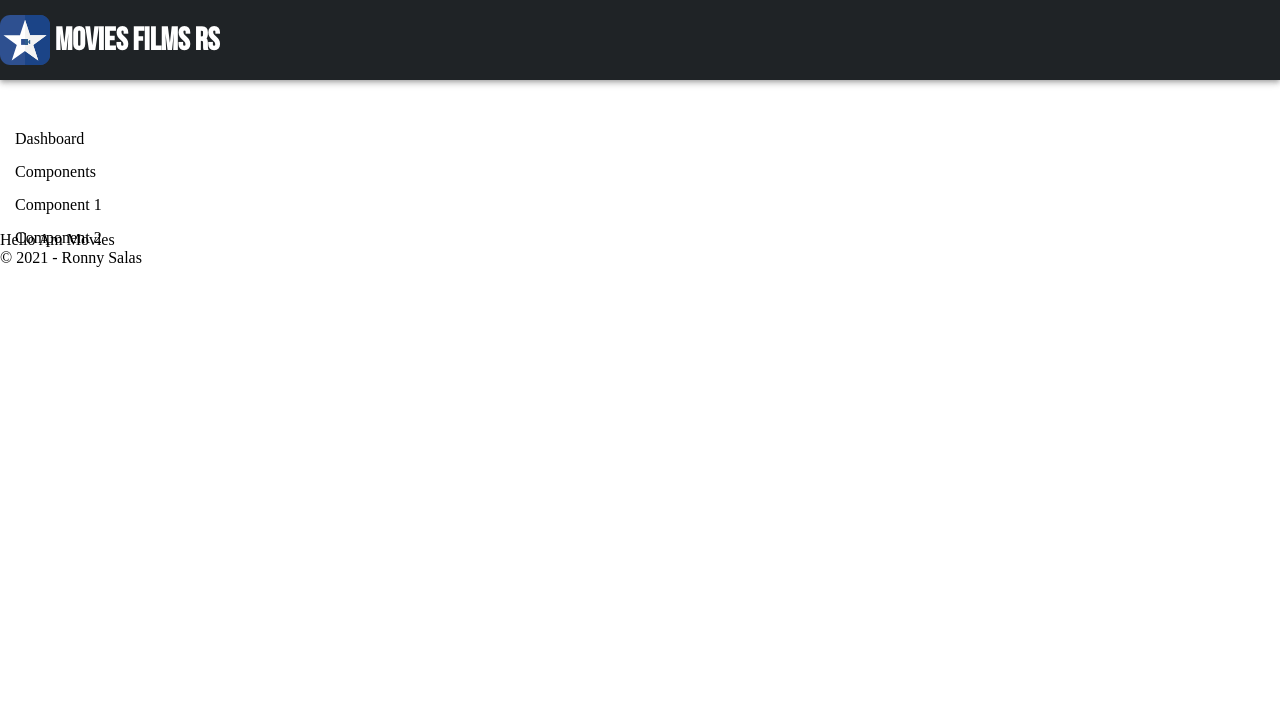
Repository: ronnysalas459/assigment-2
Page: /
The author's editor kept a copy of each file at every save. The page is drawn from the files as they stood at one save, then again after the next save.
The browser window is 1280 px wide. The pictures show the whole page.
The page's requests for data from a server got no answer. The project was rebuilt for these pictures with package versions that can differ from the ones it lists, and the page was loaded fresh each time. No one was signed in, and anything a server would have sent is missing. Also part of the build but not shown: src/contexts/DetailsContext.js, src/components/Details/index.js, src/components/NotFound/index.js.

Above is the page before, as saved 2021-08-29 20:17:13.

### src/index.js
import React from 'react';
import ReactDOM from 'react-dom';
import App from './App';

ReactDOM.render(<App />,document.querySelector('#root')
);

### src/App.js
import React from "react";
import { BrowserRouter, Switch, Route } from "react-router-dom";
import MoviesContextProvider from "./contexts/MoviesContext";
import DetailsContextProvider from "./contexts/DetailsContext";
import Movies from "./components/Movies";
import Details from "./components/Details";
import Header from "./components/Common/Header";
import Footer from "./components/Common/Footer";
import SideBar from "./components/Common/SideBar";
import NotFound from "./components/NotFound";
import "./assets/css/styles.css";

const App = () => (
  <BrowserRouter>
    <div className="container">
    <Header />
    <SideBar/>
    </div>
    <Switch>
      <Route exact path="/">
        <MoviesContextProvider>
          <Movies />
        </MoviesContextProvider>
      </Route>
      <Route path="/movie/movie_id">
        <DetailsContextProvider>
          <Details />
        </DetailsContextProvider>
      </Route>
      <Route component={NotFound} />
    </Switch>
    <Footer />
  </BrowserRouter>
);

export default App;

### src/contexts/MoviesContext.js
import React, { createContext, useState, useEffect } from "react";
import { popularGet, movieSearch } from "./../constants";

export const MoviesContext = createContext();

const MoviesContextProvider = ({ children }) => {
  const [doneFetch, setDoneFetch] = useState();
  const [currentQuery, setCurrentQuery] = useState("");
  const [text, setText] = useState("Top Movies");
  const [movies, setMovies] = useState([]);

  useEffect(() => {
    getPopularMovies();
  }, []);

  const getPopularMovies = () => {
    fetch(popularGet())
      .then((res) => res.json())
      .then((data) => {
        setDoneFetch(true);
        setMovies(data.results);
      })
      .catch((err) => console.log(err));
  };

  const getMovies = (query) => {
    fetch(movieSearch(query))
      .then((res) => res.json())
      .then((data) => {
        const { results } = data;
        setDoneFetch(true);
        setText(results.length ? "Results" : "No Results");
        setMovies(results);
      })
      .catch((err) => console.log(err));
  };

  const validateQuery = (
    e,
    query = document.querySelector("#query").value.toLowerCase().trim()
  ) => {
    if (e.type === "keypress" && e.key !== "Enter") return;
    const words = query.match(/\w+/g);
    query = words && words.join(" ");
    if (query && query !== currentQuery) {
      setCurrentQuery(query);
      setDoneFetch(false);
      getMovies(query);
    }
  };
  return (
    <MoviesContext.Provider value={{ doneFetch, text, movies, validateQuery }}>
      {children}
    </MoviesContext.Provider>
  );
};

export default MoviesContextProvider;

### src/components/Movies/index.js
import React from 'react'

const Movies = () => (
    <p> Hello Am Movies</p>
);

export default Movies;

### src/components/Common/Header.js
import React from "react";
import { AppBar, Toolbar } from "@material-ui/core";
import { ReactComponent as Logo } from "./../../assets/img/movie.svg";
import "./../../assets/css/styles.css";
const Header = () => (
  <AppBar position="sticky">
      <div className="header-container">
            <Logo className="logo-container" />
            &nbsp;&nbsp;
        <h1>Movies Films RS</h1>
      </div>
  </AppBar>
);

export default Header;

### src/components/Common/Footer.js
import React from 'react'

const Footer = () => (
    <footer>
        <p> &copy; { new Date().getFullYear()} - Ronny Salas</p>
    </footer>
);


export default Footer;

### src/components/Common/SideBar.js
import React from "react";
import { ProSidebar, Menu, MenuItem, SubMenu } from "react-pro-sidebar";
import "./../../assets/css/styles.css";

const SideBar = () => (
  <section className="content">
    <aside className="aside">
      <ProSidebar>
        <Menu iconShape="square">
          <MenuItem>Dashboard</MenuItem>
          <SubMenu title="Components">
            <MenuItem>Component 1</MenuItem>
            <MenuItem>Component 2</MenuItem>
          </SubMenu>
        </Menu>
      </ProSidebar>
    </aside>
  </section>
);
export default SideBar;

### src/assets/css/styles.css
/*FUENTES*/

@font-face {
  font-family: "TrebuchetMS";
  src: url("../fonts/TrebuchetMS.ttf");
  font-weight: normal;
  font-style: normal;
}
@font-face {
  font-family: "BebasNeue";
  src: url("../fonts/BebasNeue.otf");
  font-weight: normal;
  font-style: normal;
}

@font-face {
  font-family: "WebSymbolsRegular";
  src: url("../fonts/websymbols-regular-webfont.eot");
  src: url("../fonts/websymbols-regular-webfont.eot?#iefix")
      format("embedded-opentype"),
    url("../fonts/websymbols-regular-webfont.woff") format("woff"),
    url("../fonts/websymbols-regular-webfont.ttf") format("truetype"),
    url("../fonts/websymbols-regular-webfont.svg#WebSymbolsRegular")
      format("svg");
  font-weight: normal;
  font-style: normal;
}

* {
  margin: 0px;
  padding: 0px;
}

html {
  overflow-x: hidden;
}

.container{
  width:100%;
  height:auto;
}
.header-container {
  width: 100%;
  height: 80px;
  background-color: #1f2326 !important;
  font-family: BebasNeue;
  color: white;
  display: flex;
  flex-direction: row;
  flex-wrap: wrap;
  align-items: center;
}

.logo-container {
  display: block;
  height: 100%;
  width: 50px;
}
.logo-container h1 {
  color: aqua;
}
.content{
  display:flex;
  justify-content:space-between;
  padding-top: 20px;
  padding-bottom: 20px;
}
.aside{
  flex-basis: 15%;
  margin-right: 30px;
  padding: 15px;

  display:flex;
  flex-direction: column;
  flex-wrap: wrap;
}
.sidebar {
  display: flex;
  color: aqua;
  width: 10%;
  height: auto;
  background-color: #1f2326;
}
ul {
  list-style-type: none;
  padding: 0;
}

li {
  margin-top: 15px;
}

a {
  text-decoration: none;
}

.root {
  margin: 3vw;
}

.message,
.defaultPaper {
  text-align: center;
  color: rgba(0, 0, 0, 0.54) !important;
}

.paper {
  margin-top: 25px;
  margin-bottom: 25px;
  margin-left: auto;
  margin-right: auto;
  max-width: 600px;
}

.defaultPaper {
  padding: 15px;
}

.title {
  font-size: 25px;
}

.buttonPrimary,
.progressBar {
  display: flex;
  justify-content: center;
  align-items: center;
}

.buttonPrimary,
.message,
.progressBar {
  margin: 10px;
}

.MuiTextField-root {
  width: 100%;
}

@media (max-width: 323px) {
  h1 {
    display: none;
  }
}

### src/constants/index.js
//HABILITAR PROXY INVERSO PARA CORS INTERCEPTOR
//const cors_anywhere = "https://cors-anywhere.herokuapp.com/";
const base_url = "https://api.themoviedb.org/3/";
const popular_movies_get = "movie/popular?";
const movie_search = "search/movie?";
const movies_get = "movie/{movie_id}";
const api_key = "api_key = 2c4e30626dc1fcee2a373a9a71cf70f1";


export const popularGet = popular_movies_get => `${base_url}${popular_movies_get}${api_key}`;
export const moviesGet = movies_get => `${base_url}${movies_get}${api_key}`;
export const movieSearch = query => `${base_url}${movie_search}${api_key}query=${query}`;

Loaded but not shown: public/index.html (common file)

After the next save:
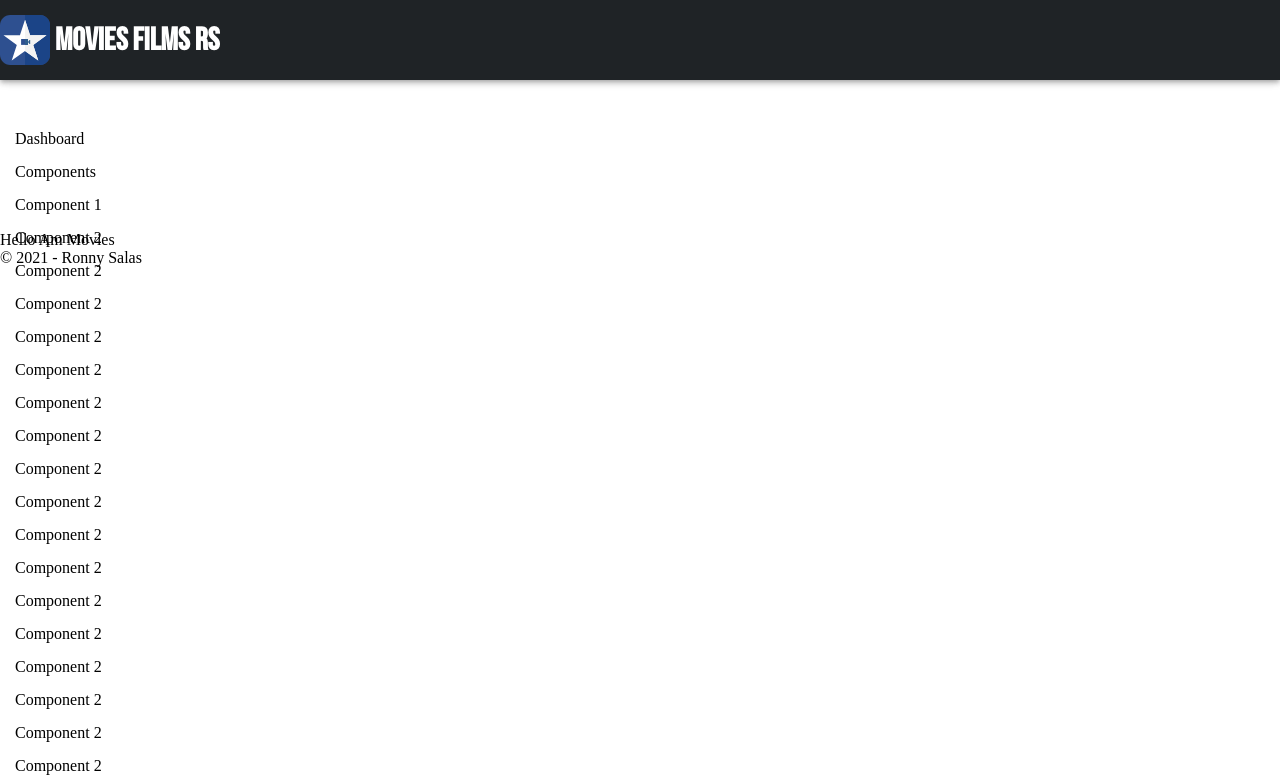
Saved 9 s later.
--- a/src/components/Common/SideBar.js
+++ b/src/components/Common/SideBar.js
@@ -11,6 +11,22 @@
           <SubMenu title="Components">
             <MenuItem>Component 1</MenuItem>
             <MenuItem>Component 2</MenuItem>
+            <MenuItem>Component 2</MenuItem>
+            <MenuItem>Component 2</MenuItem>
+            <MenuItem>Component 2</MenuItem>
+            <MenuItem>Component 2</MenuItem>
+            <MenuItem>Component 2</MenuItem>
+            <MenuItem>Component 2</MenuItem>
+            <MenuItem>Component 2</MenuItem>
+            <MenuItem>Component 2</MenuItem>
+            <MenuItem>Component 2</MenuItem>
+            <MenuItem>Component 2</MenuItem>
+            <MenuItem>Component 2</MenuItem>
+            <MenuItem>Component 2</MenuItem>
+            <MenuItem>Component 2</MenuItem>
+            <MenuItem>Component 2</MenuItem>
+            <MenuItem>Component 2</MenuItem>
+            <MenuItem>Component 2</MenuItem>
           </SubMenu>
         </Menu>
       </ProSidebar>

After the save that followed:
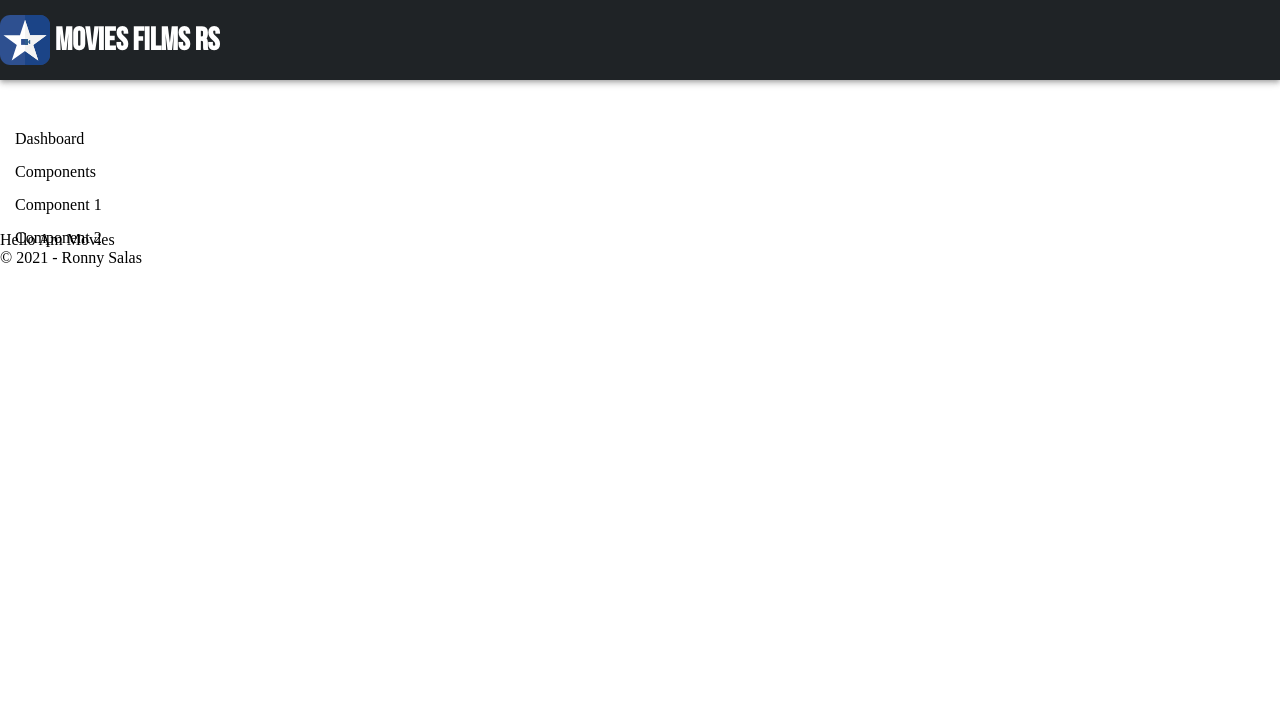
Saved 13 s later.
--- a/src/components/Common/SideBar.js
+++ b/src/components/Common/SideBar.js
@@ -11,22 +11,6 @@
           <SubMenu title="Components">
             <MenuItem>Component 1</MenuItem>
             <MenuItem>Component 2</MenuItem>
-            <MenuItem>Component 2</MenuItem>
-            <MenuItem>Component 2</MenuItem>
-            <MenuItem>Component 2</MenuItem>
-            <MenuItem>Component 2</MenuItem>
-            <MenuItem>Component 2</MenuItem>
-            <MenuItem>Component 2</MenuItem>
-            <MenuItem>Component 2</MenuItem>
-            <MenuItem>Component 2</MenuItem>
-            <MenuItem>Component 2</MenuItem>
-            <MenuItem>Component 2</MenuItem>
-            <MenuItem>Component 2</MenuItem>
-            <MenuItem>Component 2</MenuItem>
-            <MenuItem>Component 2</MenuItem>
-            <MenuItem>Component 2</MenuItem>
-            <MenuItem>Component 2</MenuItem>
-            <MenuItem>Component 2</MenuItem>
           </SubMenu>
         </Menu>
       </ProSidebar>
